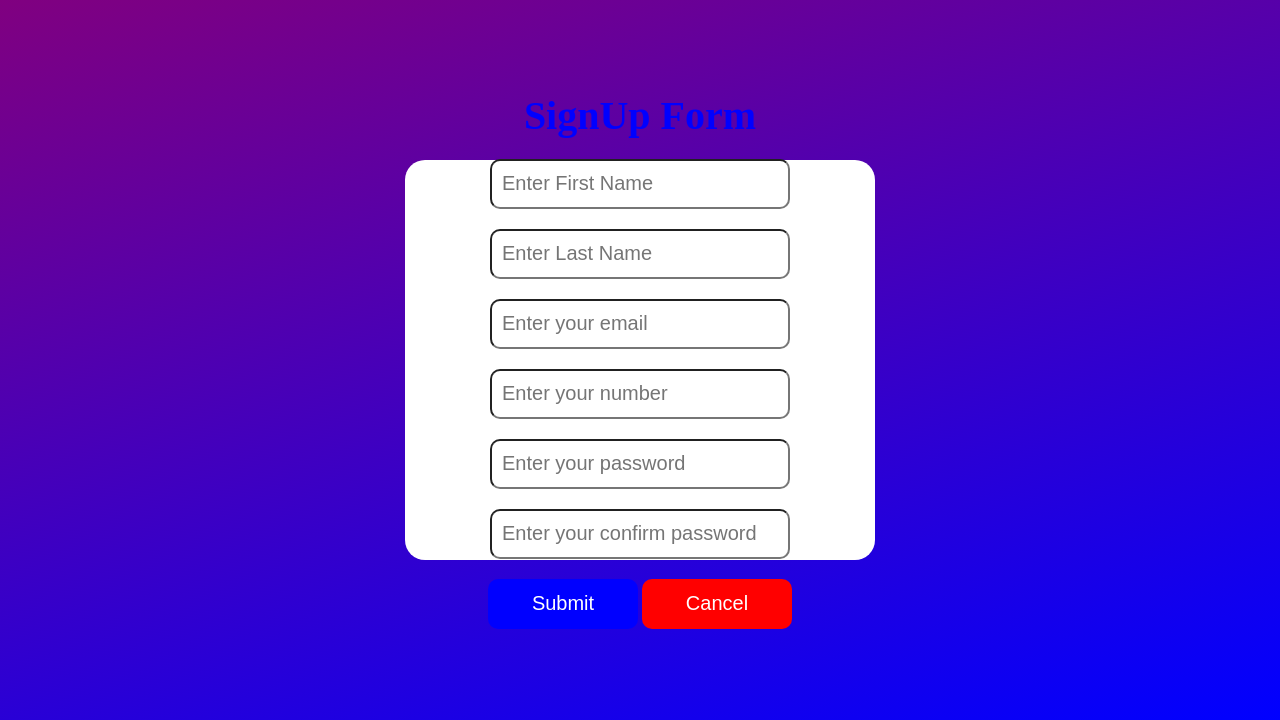
Repository: Dhirajkumar02/Advance-Java--J2EE-
Page: http://localhost/ServletProject_Form/
These files come from the project's save history. The page is drawn as it stood at one moment and after the next save; the edit follows.
The browser window is 1280 px wide. The pictures show the whole page.
The page is served by Tomcat 9.

Above is the page before, as saved 2024-11-14 09:21:57.

After the next save:
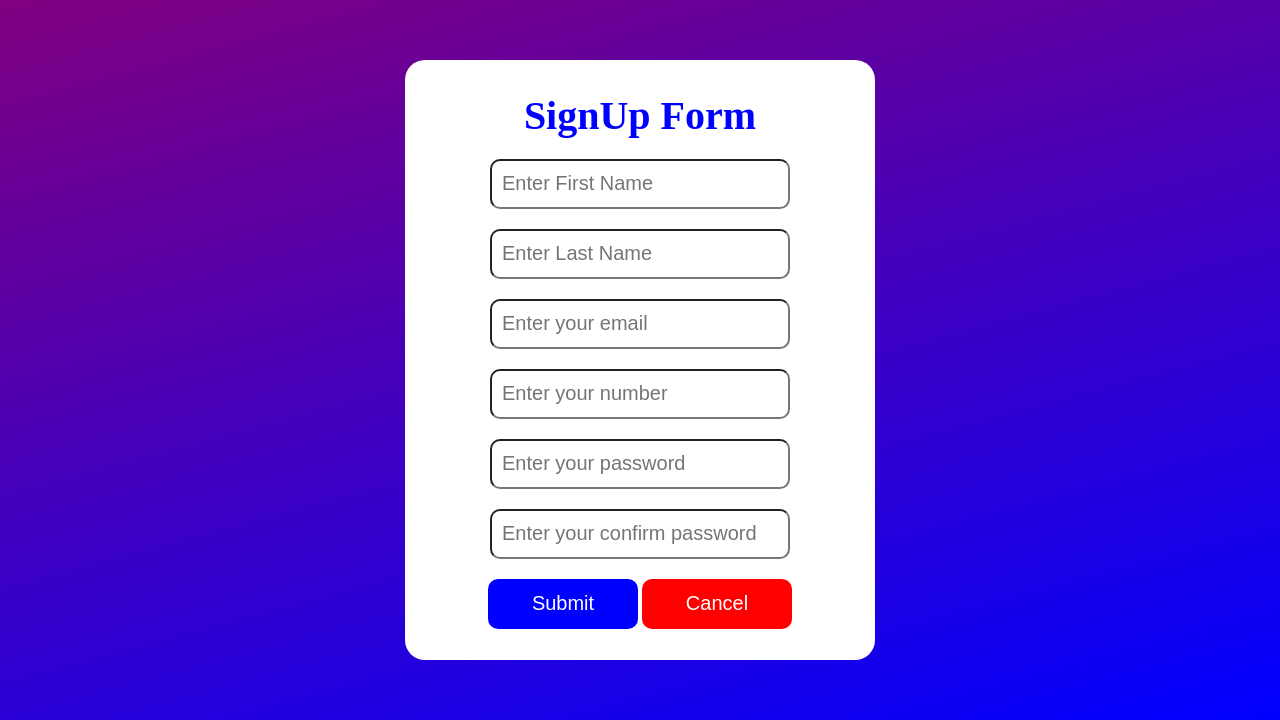
Saved 25 s later.
--- a/ServletProject_Form/src/main/webapp/style.css
+++ b/ServletProject_Form/src/main/webapp/style.css
@@ -16,7 +16,7 @@ body {
 form {
   /* border: 2px solid black; */
   background: #fff;
-  height: 400px;
+  height: 600px;
   width: 470px;
   display: flex;
   justify-content: center;
